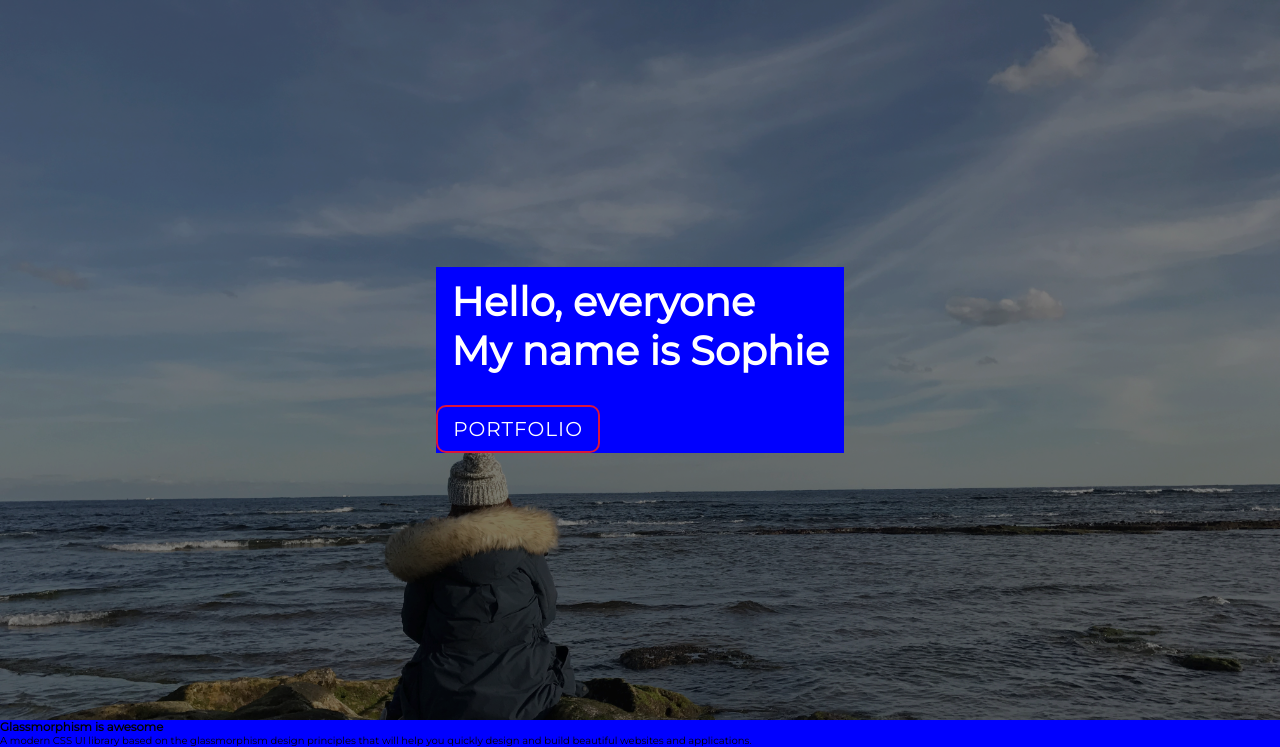
Repository: wenxi0504/StaticWebsite_Profolio
Page: index.html
These files come from the project's save history. The page is drawn as it stood at one moment and after the next save; the edit follows.
The browser window is 1280 px wide. The pictures show the whole page.

Above is the page before, as saved 2022-03-02 00:00:15.

After the next save:
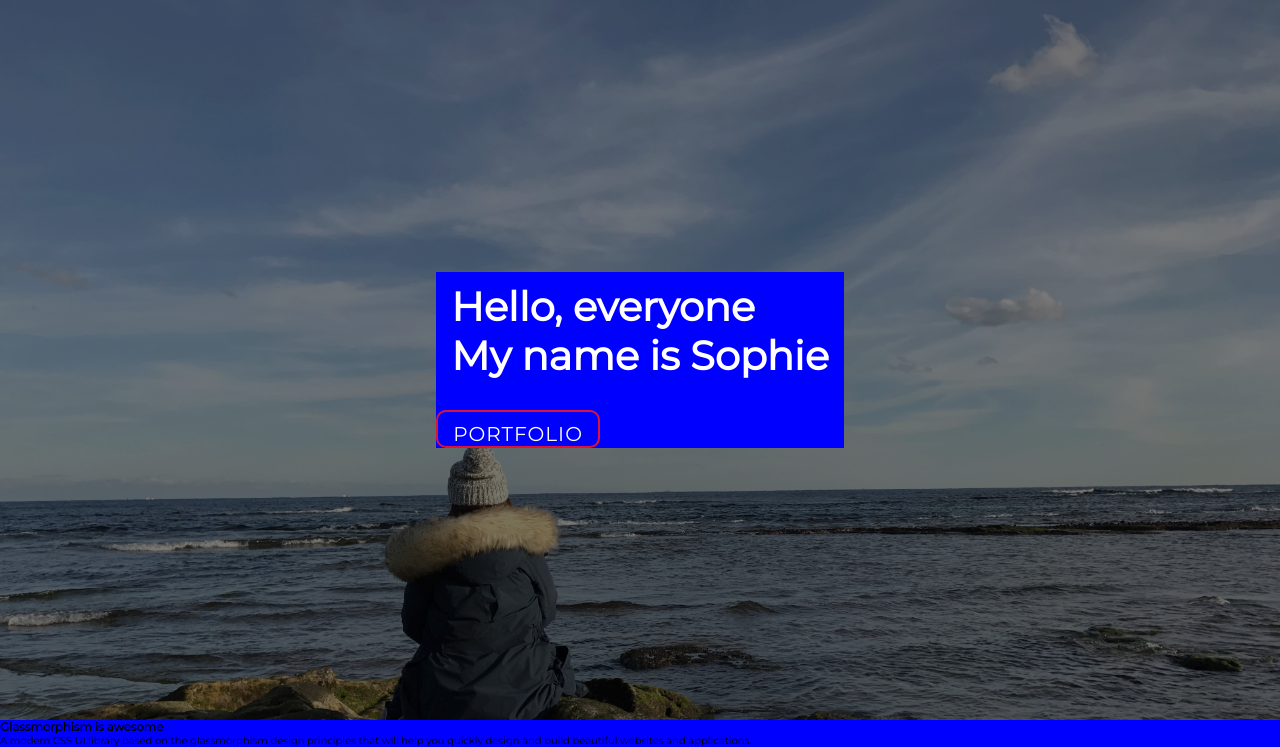
Saved 54 s later.
--- a/style.css
+++ b/style.css
@@ -62,7 +62,9 @@ z-index:1;
 
 #myIntro .cta{
     display: inline-block;
-    padding: 1rem 1.5rem;
+    padding-top: 1rem;
+    padding-left: 1.5rem;
+    padding-right: 1.5rem;
     color:white;
     background-color:transparent;
     border: 2px solid crimson;
